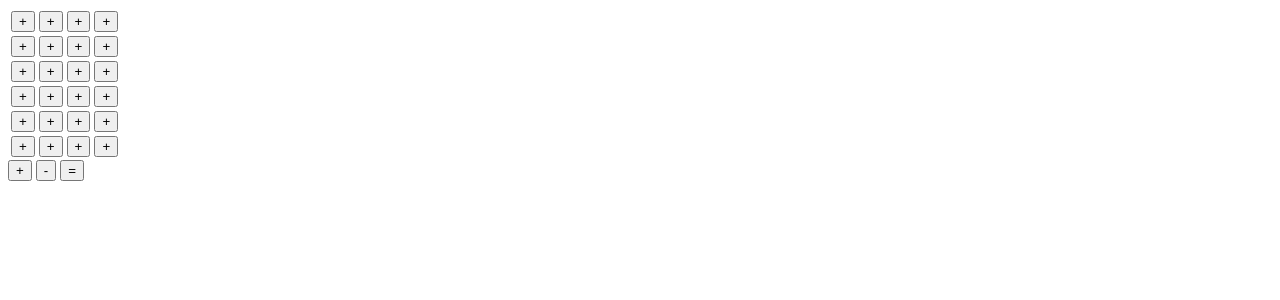
Repository: jocod98/servlet-jsp
Page: JSPPrj/src/main/webapps/calc3.html
The author's editor kept a copy of each file at every save. The page is drawn from the files as they stood at one save, then again after a run of saves.
The browser window is 1280 px wide. The pictures show the whole page.

Above is the page before, as saved 2023-01-10 08:40:53.

After the next 2 saves:
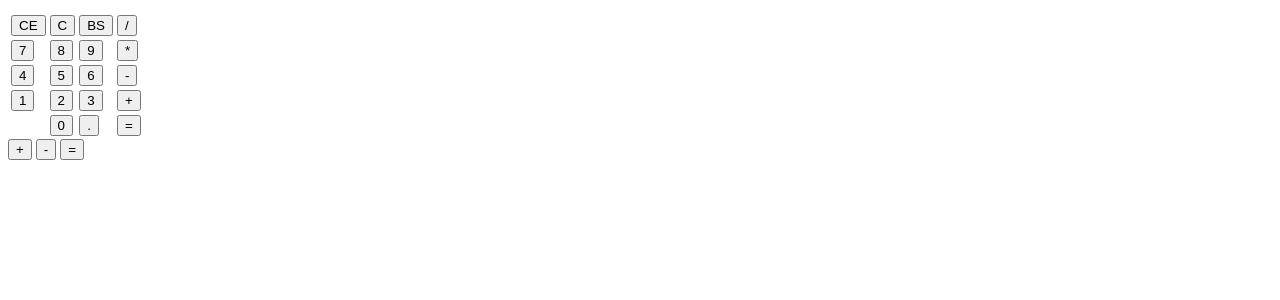
The 2 saves are shown as one change because they came seconds apart.
The last was saved 105 s later.
--- a/JSPPrj/src/main/webapps/calc3.html
+++ b/JSPPrj/src/main/webapps/calc3.html
@@ -9,40 +9,37 @@
 	<form action = "calc3" method = "post">
 	<table>
 		<tr>
-			<td><input type = "submit" name = "operator" value ="+" /> </td>
-			<td><input type = "submit" name = "operator" value ="+" /> </td>
-			<td><input type = "submit" name = "operator" value ="+" /> </td>
+			<td></td>
+		</tr>
+		<tr>
+			<td><input type = "submit" name = "operator" value ="CE" /> </td>
+			<td><input type = "submit" name = "operator" value ="C" /> </td>
+			<td><input type = "submit" name = "operator" value ="BS" /> </td>
+			<td><input type = "submit" name = "operator" value ="/" /> </td>
+		</tr>
+		<tr>
+			<td><input type = "submit" name = "operator" value ="7" /> </td>
+			<td><input type = "submit" name = "operator" value ="8" /> </td>
+			<td><input type = "submit" name = "operator" value ="9" /> </td>
+			<td><input type = "submit" name = "operator" value ="*" /> </td>
+		</tr>
+		<tr>
+			<td><input type = "submit" name = "operator" value ="4" /> </td>
+			<td><input type = "submit" name = "operator" value ="5" /> </td>
+			<td><input type = "submit" name = "operator" value ="6" /> </td>
+			<td><input type = "submit" name = "operator" value ="-" /> </td>
+		</tr>
+		<tr>
+			<td><input type = "submit" name = "operator" value ="1" /> </td>
+			<td><input type = "submit" name = "operator" value ="2" /> </td>
+			<td><input type = "submit" name = "operator" value ="3" /> </td>
 			<td><input type = "submit" name = "operator" value ="+" /> </td>
 		</tr>
 		<tr>
-			<td><input type = "submit" name = "operator" value ="+" /> </td>
-			<td><input type = "submit" name = "operator" value ="+" /> </td>
-			<td><input type = "submit" name = "operator" value ="+" /> </td>
-			<td><input type = "submit" name = "operator" value ="+" /> </td>
-		</tr>
-		<tr>
-			<td><input type = "submit" name = "operator" value ="+" /> </td>
-			<td><input type = "submit" name = "operator" value ="+" /> </td>
-			<td><input type = "submit" name = "operator" value ="+" /> </td>
-			<td><input type = "submit" name = "operator" value ="+" /> </td>
-		</tr>
-		<tr>
-			<td><input type = "submit" name = "operator" value ="+" /> </td>
-			<td><input type = "submit" name = "operator" value ="+" /> </td>
-			<td><input type = "submit" name = "operator" value ="+" /> </td>
-			<td><input type = "submit" name = "operator" value ="+" /> </td>
-		</tr>
-		<tr>
-			<td><input type = "submit" name = "operator" value ="+" /> </td>
-			<td><input type = "submit" name = "operator" value ="+" /> </td>
-			<td><input type = "submit" name = "operator" value ="+" /> </td>
-			<td><input type = "submit" name = "operator" value ="+" /> </td>
-		</tr>
-		<tr>
-			<td><input type = "submit" name = "operator" value ="+" /> </td>
-			<td><input type = "submit" name = "operator" value ="+" /> </td>
-			<td><input type = "submit" name = "operator" value ="+" /> </td>
-			<td><input type = "submit" name = "operator" value ="+" /> </td>
+			<td></td>
+			<td><input type = "submit" name = "operator" value ="0" /> </td>
+			<td><input type = "submit" name = "operator" value ="." /> </td>
+			<td><input type = "submit" name = "operator" value ="=" /> </td>
 		</tr>
 
 	</table>
